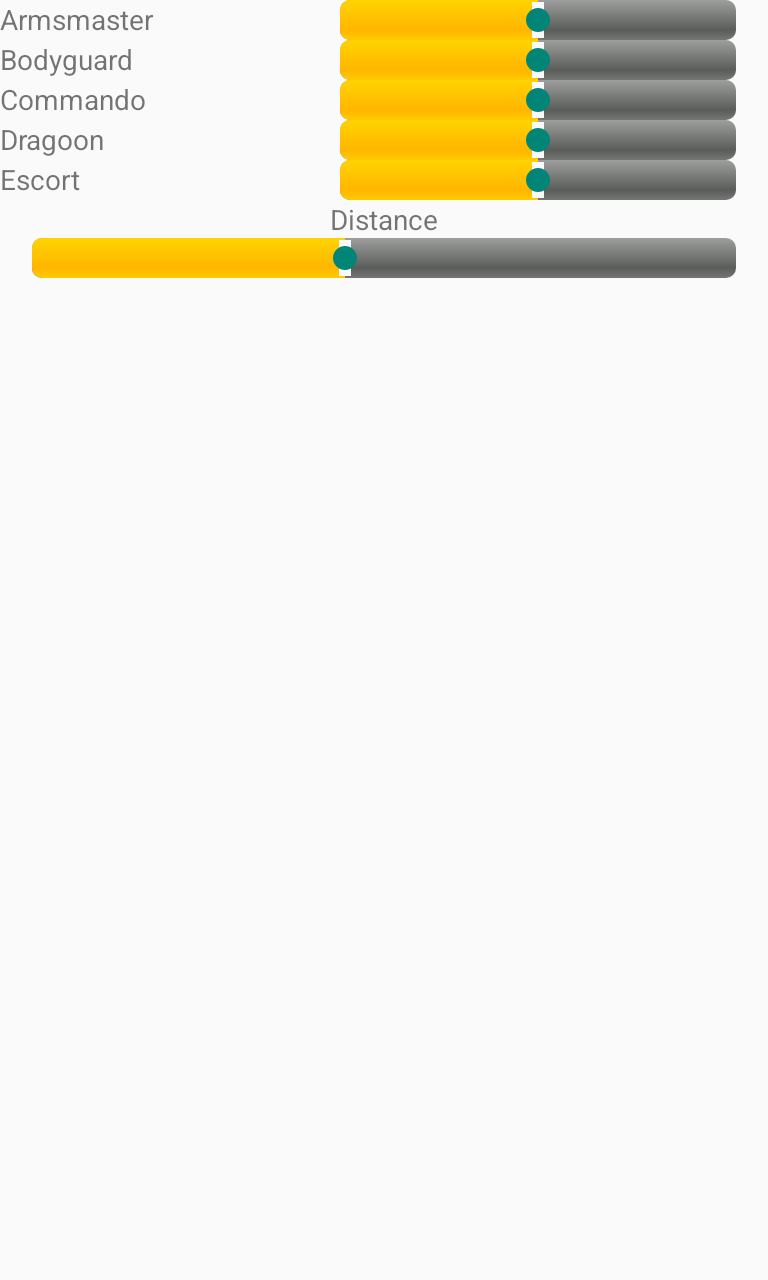
Repository: bryanpope/TARR
Layout: workspace/helloworld/res/layout/activity_hello_world.xml
The author's editor kept a copy of each file at every save. The layout is drawn from the files as they stood at one save, then again after the next save.
It is drawn on a 768 x 1280 px phone screen (xhdpi) without system bars, with theme AppTheme; the app's code is not run.

Above is the layout before, as saved 2014-06-01 22:23:47.

After the next save:
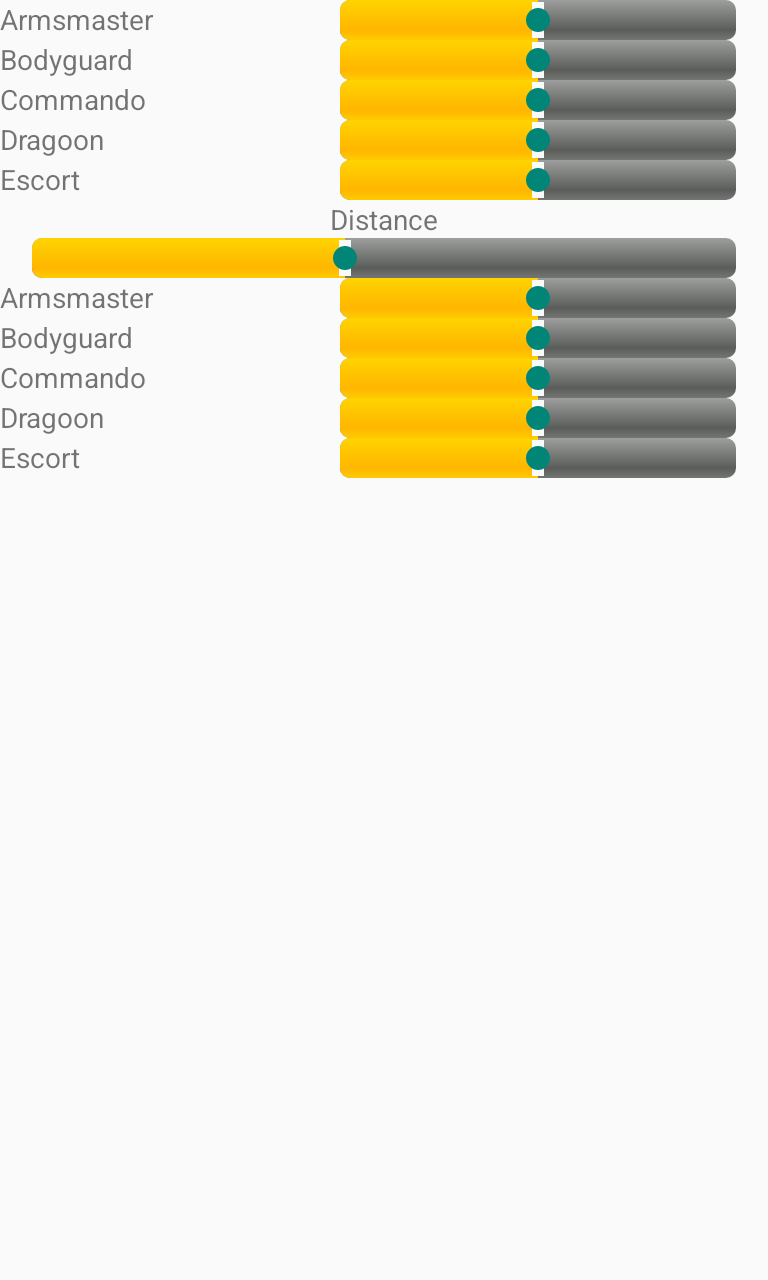
Saved 2 min 19 s later.
--- a/workspace/helloworld/res/layout/activity_hello_world.xml
+++ b/workspace/helloworld/res/layout/activity_hello_world.xml
@@ -2,6 +2,122 @@
               android:layout_width="fill_parent"
               android:layout_height="fill_parent"
               android:orientation="vertical" >
+
+	<LinearLayout
+	    android:layout_width="fill_parent"
+	    android:layout_height="wrap_content"
+	    android:orientation="horizontal" >
+
+	    <TextView android:id="@+id/textDefenceArmsmaster"
+              android:layout_width="wrap_content"
+              android:layout_height="wrap_content"
+		      android:layout_weight="0.90"
+              android:text="Armsmaster" />
+	    <SeekBar
+	        android:id="@+id/seekBarDefenceArmsmaster"
+	        style="@android:style/Widget.ProgressBar.Horizontal"
+	        android:layout_width="230dp"
+	        android:layout_height="wrap_content"
+	        android:max="50"
+	        android:progress="25"
+	        android:secondaryProgress="0" />
+    </LinearLayout>
+	<LinearLayout
+              android:layout_width="fill_parent"
+              android:layout_height="wrap_content"
+              android:orientation="horizontal" >
+
+    	<TextView android:id="@+id/textDefenceBodyguard"
+              android:layout_width="wrap_content"
+              android:layout_height="wrap_content"
+		      android:layout_weight="0.90"
+              android:text="Bodyguard" />
+
+    	<SeekBar
+    	    android:id="@+id/seekBarDefencekBodyguard"
+    	    style="@android:style/Widget.ProgressBar.Horizontal"
+    	    android:layout_width="230dp"
+    	    android:layout_height="wrap_content"
+    	    android:max="50"
+    	    android:progress="25"
+    	    android:secondaryProgress="0" />
+
+    </LinearLayout>
+	<LinearLayout
+              android:layout_width="fill_parent"
+              android:layout_height="wrap_content"
+              android:orientation="horizontal" >
+
+    <TextView android:id="@+id/textDefenceCommando"
+              android:layout_width="wrap_content"
+              android:layout_height="wrap_content"
+		      android:layout_weight="0.90"
+              android:text="Commando" />
+	    <SeekBar
+	        android:id="@+id/seekBarDefenceCommando"
+	        style="@android:style/Widget.ProgressBar.Horizontal"
+	        android:layout_width="230dp"
+	        android:layout_height="wrap_content"
+	        android:max="50"
+	        android:progress="25"
+	        android:secondaryProgress="0" />
+    </LinearLayout>
+	<LinearLayout
+              android:layout_width="fill_parent"
+              android:layout_height="wrap_content"
+              android:orientation="horizontal" >
+
+    <TextView android:id="@+id/textDefenceDragoon"
+              android:layout_width="wrap_content"
+              android:layout_height="wrap_content"
+		      android:layout_weight="0.90"
+              android:text="Dragoon" />
+	    <SeekBar
+	        android:id="@+id/seekBarDefenceDragoon"
+	        style="@android:style/Widget.ProgressBar.Horizontal"
+	        android:layout_width="230dp"
+	        android:layout_height="wrap_content"
+	        android:max="50"
+	        android:progress="25"
+	        android:secondaryProgress="0" />
+    </LinearLayout>
+
+	<LinearLayout
+	    android:layout_width="fill_parent"
+	    android:layout_height="wrap_content"
+	    android:orientation="horizontal" >
+
+	    <TextView
+	        android:id="@+id/textDefenceEscort"
+	        android:layout_width="wrap_content"
+	        android:layout_height="wrap_content"
+	        android:layout_weight="0.90"
+	        android:text="Escort" />
+
+	    <SeekBar
+	        android:id="@+id/seekBarDefenceEscort"
+	        style="@android:style/Widget.ProgressBar.Horizontal"
+	        android:layout_width="230dp"
+	        android:layout_height="wrap_content"
+	        android:max="50"
+	        android:progress="25"
+	        android:secondaryProgress="0" />
+	</LinearLayout>
+
+	    <TextView
+	        android:id="@+id/textDistance"
+	        android:layout_width="wrap_content"
+	        android:layout_height="wrap_content"
+	        android:layout_gravity="center_horizontal"
+	        android:text="Distance" />
+	    <SeekBar
+	        android:id="@+id/seekBarDistance"
+	        style="@android:style/Widget.ProgressBar.Horizontal"
+	        android:layout_width="fill_parent"
+	        android:layout_height="wrap_content"
+	        android:max="9"
+	        android:progress="4"
+	        android:secondaryProgress="0" />
 
 	<LinearLayout
 	    android:layout_width="fill_parent"
@@ -103,20 +219,4 @@
 	        android:progress="25"
 	        android:secondaryProgress="0" />
 	</LinearLayout>
-
-	    <TextView
-	        android:id="@+id/textDistance"
-	        android:layout_width="wrap_content"
-	        android:layout_height="wrap_content"
-	        android:layout_gravity="center_horizontal"
-	        android:text="Distance" />
-	    <SeekBar
-	        android:id="@+id/seekBarDistance"
-	        style="@android:style/Widget.ProgressBar.Horizontal"
-	        android:layout_width="fill_parent"
-	        android:layout_height="wrap_content"
-	        android:max="9"
-	        android:progress="4"
-	        android:secondaryProgress="0" />
-
 </LinearLayout>
